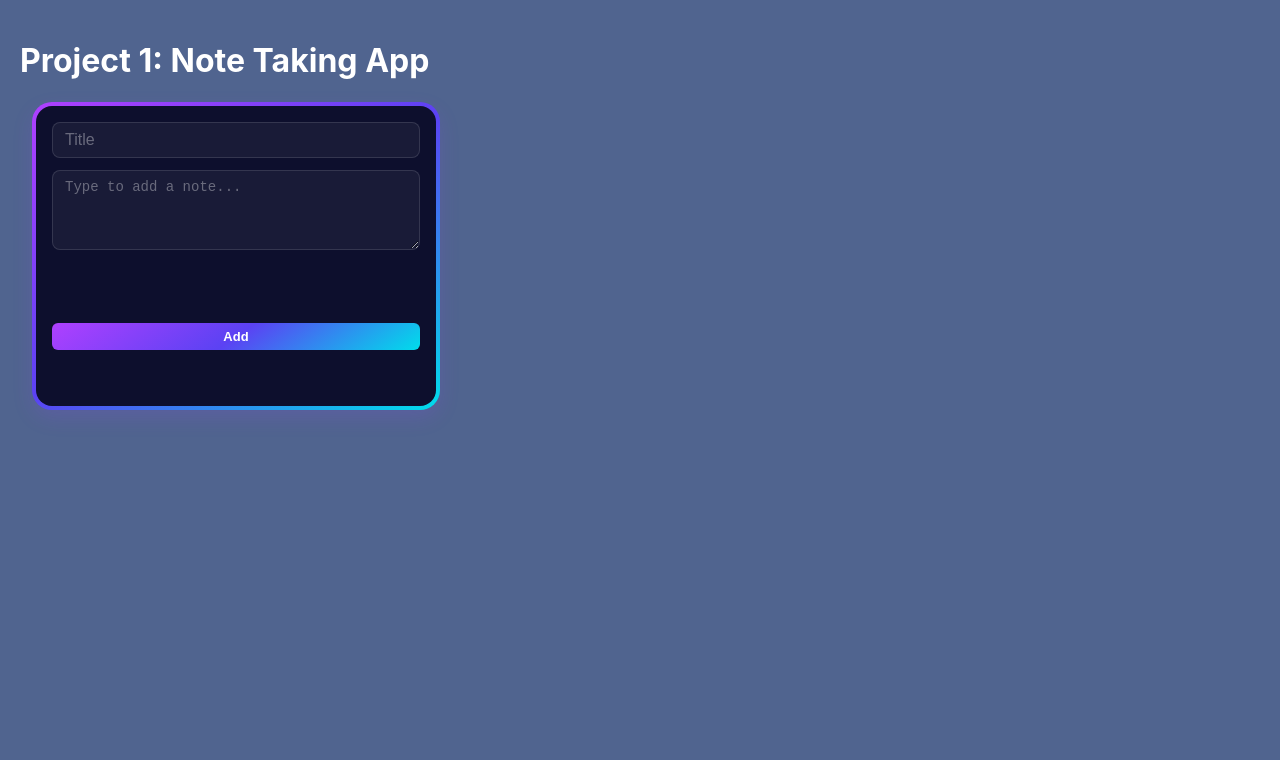
Repository: AJANI2005/Notes-App
Page: /
These files come from the project's save history. The page is drawn as it stood at one moment and after the next save; the edit follows.
The browser window is 1280 px wide. The pictures show the whole page.
The project was rebuilt for these pictures with package versions that can differ from the ones it lists, and the page was loaded fresh each time. Also part of the build but not shown: vite.config.ts, src/App.css, src/style/dialogbox.css, src/DialogBox.tsx.

Above is the page before, as saved 2025-07-31 19:02:22.

### src/index.css
:root {
  font-family: system-ui, Avenir, Helvetica, Arial, sans-serif;
  font-synthesis: none;
  text-rendering: optimizeLegibility;
  -webkit-font-smoothing: antialiased;
  -moz-osx-font-smoothing: grayscale;
}

body {
    margin: 0;
    font-family: 'Inter', sans-serif;
    min-height: 100vh;
    padding: 20px;
    background-color: #50648f;
    color: white;
}

### src/App.tsx
import { useEffect, useState } from 'react';

// styles
import "./App.css"
import "./style/note.css"
import DialogBox from './DialogBox';


interface Note {
  id: number
  title: string;
  text: string;
}

const Note = () => {
  const [text, setText] = useState('');
  const [title, setTitle] = useState('');


  //Initialize Local Storage
  useEffect(() => {
    if (!localStorage.getItem("notes")) {
      localStorage.setItem("notes", JSON.stringify([]))
    }
    if (localStorage.getItem("title")) {
      setTitle(JSON.parse(localStorage.getItem("title")!))
    }
    if (localStorage.getItem("text")) {
      setText(JSON.parse(localStorage.getItem("text")!))
    }
  }, [])

  // Store Current Data (On Refresh)
  useEffect(() => {
    if (text === '' && title === '') return
    localStorage.setItem("title", JSON.stringify(title))
    localStorage.setItem("text", JSON.stringify(text))
  }, [text, title])

  const createNote = () => {
    const note = {
      id: Date.now(),
      title: title,
      text: text
    } as Note

    // add note
    const notes = JSON.parse(localStorage.getItem("notes")!)
    notes.push(note)
    localStorage.setItem("notes", JSON.stringify(notes))

    // reset state
    setTitle("")
    setText("")
    localStorage.setItem("title", JSON.stringify(""))
    localStorage.setItem("text", JSON.stringify(""))
  }

  return (
    <form className='note'>
      <div className="note-content">
        <input
          value={title}
          placeholder='Title'
          onChange={(e) => setTitle(e.target.value)}
          type="text" className='note-title-input' />
        <textarea
          value={text}
          onChange={(e) => setText(e.target.value)}
          className='note-input'
          placeholder='Type to add a note...'></textarea>
        <button className='addBtn' onClick={createNote}>Add</button>
      </div>

    </form>
  )
}

function App() {

  const [notes, setNotes] = useState([]);



  const [editing, setEditing] = useState(false);
  const [currentNote, setCurrentNote] = useState<Note | undefined>(undefined);


  //Initialize Local Storage
  useEffect(() => {
    if (localStorage.getItem("notes")) {
      setNotes(JSON.parse(localStorage.getItem("notes")!))
    }
  }, [])

  //Save current note
  const saveNote = () => {
    const notes = JSON.parse(localStorage.getItem("notes")!)
    const index = notes.findIndex((note: Note) => note.id === currentNote?.id)
    notes[index] = currentNote
    localStorage.setItem("notes", JSON.stringify(notes))
    setEditing(false)
    // refresh
    window.location.reload()
  }
  //Delete note
  const deleteNote = () => {
    const notes = JSON.parse(localStorage.getItem("notes")!)
    const index = notes.findIndex((note: Note) => note.id === currentNote?.id)
    notes.splice(index, 1)
    localStorage.setItem("notes", JSON.stringify(notes))
    setEditing(false)
    // refresh
    window.location.reload()
  }

  return (
    <div className='app'>
      <h1>Project 1: Note Taking App</h1>
      <Note />
      {/* Display Notes */}
      <div className='notes-grid'>
        {notes.map((note: Note, index) => (
          <div key={index} className='note'>
            <div className='note-content'>
              <h2 className='note-title'>{note.title}</h2>
              <p className='note-text'>{note.text}</p>
              <button className='deleteBtn'
                onClick={deleteNote}>✖</button>
              <button className='editBtn' onClick={() => {
                setEditing(true);
                setCurrentNote(note);
              }}
              >📝</button>
            </div>
          </div>))}
      </div>

      {/* Edit Dialog Box */}
      <DialogBox isOpen={editing} onClose={() => setEditing(false)}>
        <form className='note'>
          <div className='note-content'>
            <input
              value={currentNote?.title}
              placeholder='Title'
              onChange={(e) => setCurrentNote({ ...currentNote, title: e.target.value } as Note)}
              type="text" className='note-title-input' />

            <textarea
              value={currentNote?.text}
              onChange={(e) => setCurrentNote({ ...currentNote, text: e.target.value } as Note)}
              className='note-input'
              placeholder='Type to add a note...'></textarea>

            <button className='addBtn' onClick={() => {
              saveNote()
              setEditing(false)
            }}>Save</button>
          </div>
        </form>
      </DialogBox>
    </div>
  )
}

export default App

### src/style/note.css
/* Make all elements respect card boundaries */
/* --- Note Card --- */
.note {
  display: flex;
  flex-direction: column;
  min-width: 280px;
  max-width: 400px;
  min-height: 300px;
  padding: 4px; /* Gradient border thickness */
  border-radius: 20px;
  background: linear-gradient(145deg, #af40ff, #5b42f3 50%, #00ddeb);
  box-shadow: rgba(151, 65, 252, 0.15) 0 8px 20px;
  margin: 12px;
  position: relative;
  transition: transform 0.2s ease, box-shadow 0.2s ease;
  overflow: hidden; /* ensures no element spills outside */
}

.note:hover {
  transform: translateY(-4px);
  box-shadow: rgba(151, 65, 252, 0.25) 0 12px 28px;
}

/* Inner dark surface */
.note-content {
  flex: 1;
  display: flex;
  flex-direction: column;
  gap: 12px;
  padding: 16px;
  padding-bottom: 56px; /* space for buttons */
  border-radius: 16px;
  background: #0d0f2d;
  color: white;
  position: relative;
  overflow: hidden;
}

/* --- Inputs --- */
.note-title-input,
.note-input {
  box-sizing: border-box;
  width: 100%;
  border-radius: 8px;
  border: 1px solid rgba(255, 255, 255, 0.12);
  background: rgba(255, 255, 255, 0.05);
  color: white;
  outline: none;
  padding: 8px 12px;
  transition: 0.2s border-color, 0.2s background-color;
}

.note-title-input::placeholder,
.note-input::placeholder {
  color: rgba(255, 255, 255, 0.35);
}

.note-title-input {
  font-size: 16px;
  font-weight: 500;
}

.note-input {
  min-height: 80px;
  font-size: 14px;
  resize: vertical;
}

.note-title-input:focus,
.note-input:focus {
  border-color: #5b42f3;
  background: rgba(255, 255, 255, 0.1);
}

/* --- Buttons --- */
.addBtn,
.deleteBtn,
.editBtn {
  border: none;
  padding: 6px 12px;
  font-size: 13px;
  font-weight: 600;
  border-radius: 6px;
  cursor: pointer;
  color: white;
  transition: transform 0.2s ease, filter 0.2s ease;
}

/* Primary Add Button */
.addBtn {
  background: linear-gradient(145deg, #af40ff, #5b42f3 50%, #00ddeb);
  margin-top: auto;
}

.addBtn:hover {
  transform: scale(1.05);
  filter: brightness(1.1);
}

/* Action buttons at bottom-left */
.deleteBtn,
.editBtn {
  position: absolute;
  bottom: 12px;
}

.deleteBtn {
  left: 12px;
  background: linear-gradient(145deg, #ff416c, #ff4b2b); /* neon pink-red */
}

.deleteBtn:hover {
  transform: scale(1.05);
  filter: brightness(1.1);
}

.editBtn {
  left: 60px;
  background: linear-gradient(145deg, #00c9ff, #92fe9d); /* cyan-green neon */
  color: #0d0f2d;
}

.editBtn:hover {
  transform: scale(1.05);
  filter: brightness(1.1);
}

/* --- Note Display --- */
.note-title {
  font-size: 18px;
  font-weight: 600;
  color: white;
  margin-bottom: 4px;

}

.note-text {
  font-size: 14px;
  color: rgba(255, 255, 255, 0.85);
  line-height: 1.5;
  white-space: pre-wrap;
}

/* --- Grid for Notes --- */
.notes-grid {
  display: grid;
  grid-template-columns: repeat(auto-fill, minmax(250px, 1fr));
  gap: 24px;
  padding: 20px;
  justify-items: center;
}

Loaded but not shown: index.html (common file); src/main.tsx (common file)

After the next save:
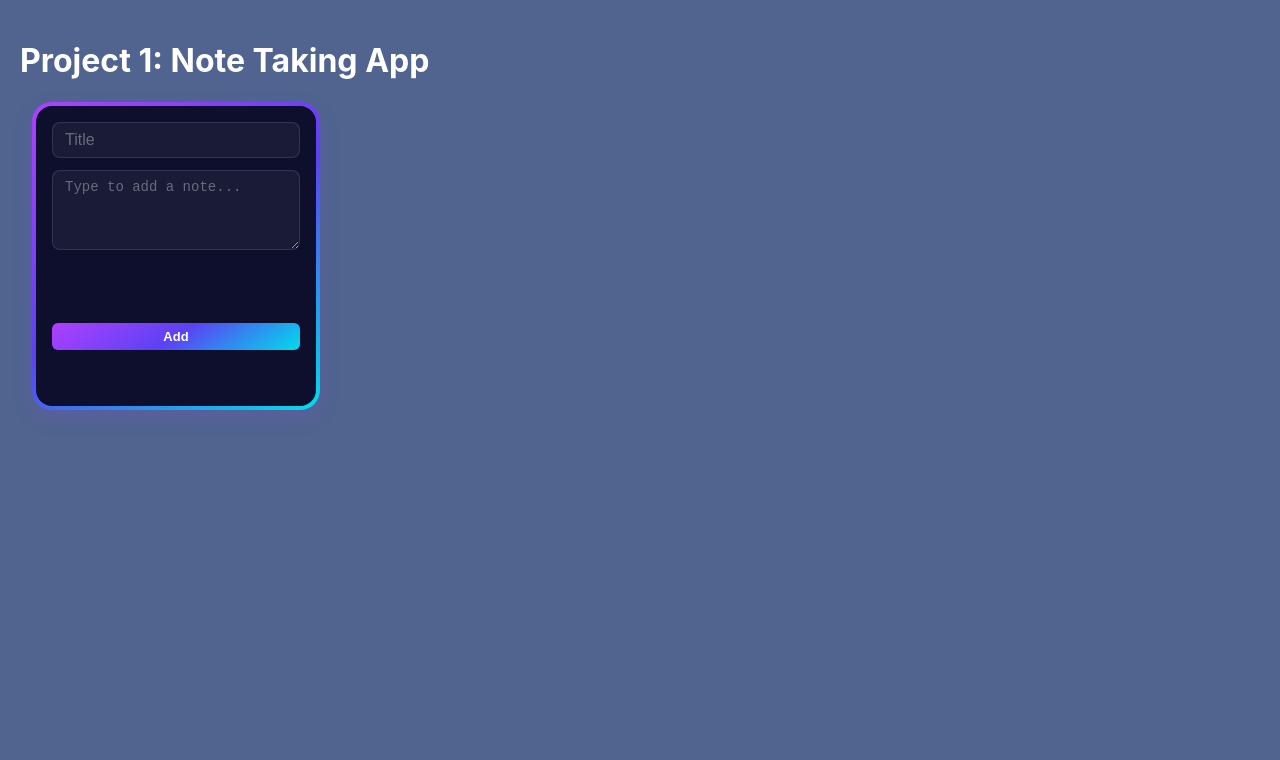
Saved 5 s later.
--- a/src/style/note.css
+++ b/src/style/note.css
@@ -3,7 +3,7 @@
 .note {
   display: flex;
   flex-direction: column;
-  min-width: 280px;
+  width: 280px;
   max-width: 400px;
   min-height: 300px;
   padding: 4px; /* Gradient border thickness */
